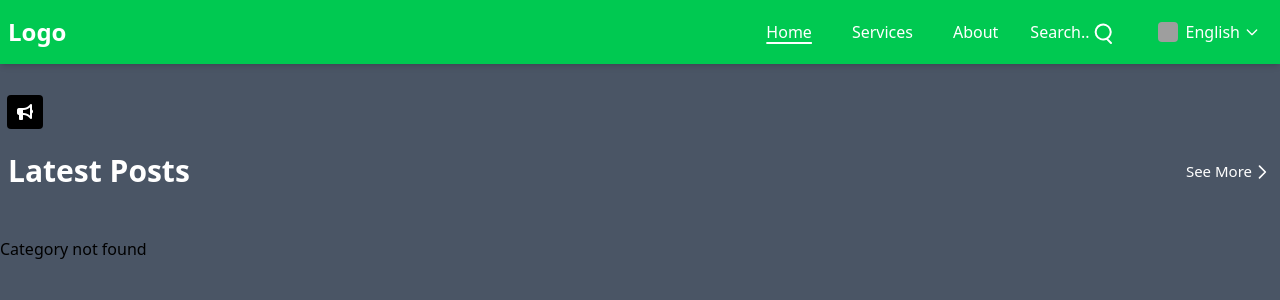
Repository: saroeuntola/we-share
Page: http://localhost/?lang=en
An editor plug-in stored every save of this project. The page is shown before and after the next save, followed by the edit.
The browser window is 1280 px wide. The pictures show the whole page.
Pictures or frames that could not be fetched are drawn as grey boxes. The page is run by PHP 8.4 with error messages shown; the project is at /var/www/html/. Style sheets and scripts are compiled from the project's sources, by tool versions that may differ from the author's. Queries for data that is not in the repository find no rows.

Above is the page before, as saved 2025-08-28 12:49:09.

### index.php
<!DOCTYPE html>
<html lang="en">

<head>
    <meta charset="UTF-8">
    <meta name="viewport" content="width=device-width, initial-scale=1.0">
    <title>Latest Posts</title>
    <link rel="stylesheet" href="./assets/css/output.css">
    <link rel="stylesheet" href="./assets/css/custom.css">
    <link rel="stylesheet" href="https://cdnjs.cloudflare.com/ajax/libs/font-awesome/6.0.0-beta3/css/all.min.css" />
    <script src="https://code.jquery.com/jquery-3.6.0.min.js"></script>
</head>

<body class="bg-gray-600">
    <header class="fixed z-10 w-full" id="header">
        <?php
        include 'head-bar.php'
        ?>
    </header>

    <main class="max-w-7xl m-auto mt-[95px]">
        <section class="mb-6">
            <?php
            include 'key-frame.php'
            ?>
        </section>

        <section>
            <?php
            include 'last-post-card.php'
            ?>

        </section>

        <section class="mt-6">
            <?php
            include 'programing-card.php'
            ?>
        </section>

        <section class="mt-6">
            <?php
            include 'web-dev-card.php'
            ?>
        </section>
    </main>


</body>

</html>

### key-frame.php
<style>
    /* Container */
    .container {
        width: 100%;
        overflow: hidden;
        margin: 0 auto;
        align-items: center;
        color: white;
    }

    /* Fixed icon on the left */
    .announcement-icon {
        background-color: brown;
        color: white;
        padding: 5px 10px;
        border-radius: 4px;
    }

    /* Announcement text */
    .announcement {
        font-family: Arial, sans-serif;
        font-size: 15px;
        display: inline-block;
        white-space: nowrap;
        animation: slideLeftToRight 20s linear infinite;
    }

    #main {
        display: flex;
        overflow: hidden;
        margin: 0 auto;
        align-items: center;
        max-width: 1212px;
        width: 100%;
        color: white;
    }

    /* Desktop animation */
    @keyframes slideLeftToRight {
        0% {
            transform: translateX(1210px);
        }

        100% {
            transform: translateX(-100%);
        }
    }

    /* Tablet */
    @media (max-width: 1024px) {
        #main {
            width: 95%;
        }

        .announcement {
            animation: slideLeftToRightTablet 18s linear infinite;
        }

        @keyframes slideLeftToRightTablet {
            0% {
                transform: translateX(768px);
            }

            100% {
                transform: translateX(-100%);
            }
        }
    }

    /* Mobile */
    @media (max-width: 480px) {
        #main {
            width: 92%;
        }

        .announcement {
            animation: slideLeftToRightMobile 15s linear infinite;
        }

        @keyframes slideLeftToRightMobile {
            0% {
                transform: translateX(400px);
            }

            100% {
                transform: translateX(-100%);
            }
        }
    }
</style>
<style>
    /* Container */
    .container {
        width: 100%;
        overflow: hidden;
        margin: 0 auto;
        align-items: center;
        color: white;
    }

    /* Fixed icon on the left */
    .announcement-icon {
        background-color: black;
        color: white;
        padding: 5px 10px;
        border-radius: 4px;
    }

    /* Announcement text */
    .announcement {
        font-family: Arial, sans-serif;
        font-size: 15px;
        display: inline-block;
        white-space: nowrap;
        animation: slideLeftToRight 20s linear infinite;

    }

    #main {
        display: flex;
        overflow: hidden;
        margin: 0 auto;
        align-items: center;
        max-width: 1280px;
        width: 100%;
      padding: 0px 7px;

    }

    /* Desktop animation */
    @keyframes slideLeftToRight {
        0% {
            transform: translateX(1280px);
        }

        100% {
            transform: translateX(-100%);
        }
    }

    /* Tablet */
    @media (max-width: 1024px) {

        .announcement {
            animation: slideLeftToRightTablet 18s linear infinite;
        }

        @keyframes slideLeftToRightTablet {
            0% {
                transform: translateX(768px);
            }

            100% {
                transform: translateX(-100%);
            }
        }
    }

    /* Mobile */
    @media (max-width: 480px) {

        .announcement {
            animation: slideLeftToRightMobile 15s linear infinite;
        }

        @keyframes slideLeftToRightMobile {
            0% {
                transform: translateX(400px);
            }

            100% {
                transform: translateX(-100%);
            }
        }
    }
</style>



<div id="main">
    <div class="announcement-icon"><i class="fas fa-bullhorn"></i></div>
    <div class="container">
        <!-- Sliding text -->
     <p class="announcement">Welcome</p>
    </div>
</div>

### last-post-card.php
<?php
include './admin/lib/db.php';
include './admin/lib/post_lib.php';
include './admin/lib/category_lib.php';
include './admin/lib/subcategory_lib.php';
$lang = isset($_GET['lang']) && in_array($_GET['lang'], ['en', 'kh']) ? $_GET['lang'] : 'en';

$postModel = new Post($lang);
$categoryModel = new Category($lang);
$subcategoryModel = new Subcategory($lang);

// Get latest 10 posts
$latestPosts = $postModel->getPosts();
usort($latestPosts, function ($a, $b) {
    return strtotime($b['created_at']) - strtotime($a['created_at']);
});
$displayPosts = array_slice($latestPosts, 0, 8);


?>

<style>
    .scroll-x {
        overflow-x: auto;
        white-space: nowrap;
        padding-bottom: 1rem;
    }

    p,
    h2 {
        color: white;
    }
</style>
<section class="px-2">

    <div class="flex justify-between items-center mb-6">
        <h1 class="text-xl lg:text-3xl md:text-2xl font-bold text-white <?= $lang === 'kh' ? 'khmer-font-kulen' : '' ?>"><?= $lang === 'en' ? 'Latest Posts' : 'ការបង្ហោះថ្មីៗ' ?></h1>
        <a href="last-post"
            class="inline-flex items-center justify-center text-center text-white hover:text-green-400 text-[15px] transition <?= $lang === 'kh' ? 'khmer-font' : '' ?> ">
            <?= $lang === 'en' ? 'See More' : 'មើលទាំងអស់' ?>
            <svg class="w-5 h-5 mt-[1px]" fill="none" stroke="currentColor" stroke-width="2"
                viewBox="0 0 24 24" xmlns="http://www.w3.org/2000/svg">
                <path stroke-linecap="round" stroke-linejoin="round" d="M9 5l7 7-7 7" />
            </svg>
        </a>
    </div>

    <!-- Desktop grid -->
    <div class="hidden md:grid md:grid-cols-3 lg:grid-cols-4 gap-2">
        <?php foreach ($displayPosts as $p): ?>
            <a href="detail.php?slug=<?= htmlspecialchars($p['slug']) ?>&lang=<?= $lang ?>">
                <div class="card bg-gray-800 rounded-lg shadow-md hover:shadow-lg overflow-hidden">
                    <?php if (!empty($p['image'])): ?>
                        <img src="./admin/posts/uploads/<?= htmlspecialchars($p['image']) ?>"
                            alt="<?= htmlspecialchars($p['name']) ?>"
                            class="w-full h-[90px] md:h-[130px] lg:h-[160px] object-cover rounded-none">
                    <?php endif; ?>
                    <div class="card-body px-4 py-2">
                        <h2 class="font-semibold text-lg mb-1"><?= htmlspecialchars($p['name']) ?></h2>

                    </div>
                </div>
            </a>

        <?php endforeach; ?>
    </div>

    <!-- Mobile horizontal scroll -->
    <div class="overflow-x-auto md:hidden py-2">
        <div class="flex space-x-2">
            <?php foreach ($displayPosts as $p): ?>
                <a href="detail.php?slug=<?= htmlspecialchars($p['slug']) ?>" class="flex-shrink-0">
                    <div
                        class="card bg-gray-800 rounded-lg shadow-md hover:shadow-lg overflow-hidden w-[167px] sm:w-[200px]">
                        <?php if (!empty($p['image'])): ?>
                            <img src="./admin/posts/uploads/<?= htmlspecialchars($p['image']) ?>"
                                alt="<?= htmlspecialchars($p['name']) ?>"
                                class="w-full h-[90px] sm:h-[120px] object-cover">
                        <?php endif; ?>
                        <div class="card-body px-2 py-1">
                            <h2 class="font-semibold text-sm break-words"><?= htmlspecialchars($p['name']) ?></h2>
                        </div>
                    </div>
                </a>
            <?php endforeach; ?>
        </div>
    </div>
</section>

### admin/lib/db.php

<?php

function dbConn()
{
   $servername = "localhost";
    $username = "root";
    $password = "";
    $db = "weshare";

    try {
        $conn = new PDO("mysql:host=$servername;dbname=$db", $username, $password);
        $conn->setAttribute(PDO::ATTR_ERRMODE, PDO::ERRMODE_EXCEPTION);
        return $conn;
    } catch (PDOException $e) {
        die("Connection failed: " . $e->getMessage());
    }
}

function dbClose(&$conn)
{
    $conn = null;
}

function dbSelect($table, $column = "*", $criteria = "", $clause = "")
{
    if (empty($table)) return false;

    $sql = "SELECT $column FROM $table";
    if (!empty($criteria)) $sql .= " WHERE $criteria";
    if (!empty($clause)) $sql .= " $clause";

    $conn = dbConn();
    try {
        $stmt = $conn->query($sql);
        $result = $stmt->fetchAll(PDO::FETCH_ASSOC);
        dbClose($conn);
        return $result;
    } catch (PDOException $e) {
        echo "Error in selecting data: " . $e->getMessage();
        return false;
    }
}

function dbInsert($table, $data = array())
{
    if (empty($table) || empty($data)) return false;

    $conn = dbConn();
    $fields = implode(", ", array_keys($data));
    $placeholders = ":" . implode(", :", array_keys($data));
    $sql = "INSERT INTO $table ($fields) VALUES ($placeholders)";

    try {
        $stmt = $conn->prepare($sql);
        $stmt->execute($data);
        dbClose($conn);
        return true;
    } catch (PDOException $e) {
        echo "Error inserting data: " . $e->getMessage();
        return false;
    }
}

function dbUpdate($table, $data = array(), $criteria = "")
{
    if (empty($table) || empty($data) || empty($criteria)) return false;

    $conn = dbConn();
    $setClause = "";
    foreach ($data as $key => $val) {
        $setClause .= "$key = :$key, ";
    }
    $setClause = rtrim($setClause, ", ");
    $sql = "UPDATE $table SET $setClause WHERE $criteria";

    try {
        $stmt = $conn->prepare($sql);
        $stmt->execute($data);
        dbClose($conn);
        return true;
    } catch (PDOException $e) {
        echo "Error updating data: " . $e->getMessage();
        return false;
    }
}

function dbDelete($table, $criteria)
{
    if (empty($table) || empty($criteria)) return false;

    $sql = "DELETE FROM $table WHERE $criteria";
    $conn = dbConn();

    try {
        $stmt = $conn->prepare($sql);
        $stmt->execute();
        dbClose($conn);
        return true;
    } catch (PDOException $e) {
        echo "Error deleting data: " . $e->getMessage();
        return false;
    }
}

function dbCount($table = "", $criteria = "")
{
    if (empty($table)) return false;

    $sql = "SELECT COUNT(*) as count FROM $table";
    if (!empty($criteria)) $sql .= " WHERE $criteria";

    $conn = dbConn();
    try {
        $stmt = $conn->query($sql);
        $result = $stmt->fetch(PDO::FETCH_ASSOC);
        dbClose($conn);
        return $result['count'];
    } catch (PDOException $e) {
        echo "Error counting data: " . $e->getMessage();
        return false;
    }
}

?>

### admin/lib/category_lib.php
<?php
class Category
{
    private $db;
    private $lang;

    public function __construct($lang = 'en')
    {
        $this->db = dbConn();
        $this->lang = in_array($lang, ['en', 'kh']) ? $lang : 'en';
    }

    private function generateSlug($string)
    {
        $slug = strtolower(trim($string));
        $slug = preg_replace('/[^a-z0-9\- ]/', '', $slug);
        $slug = preg_replace('/\s+/', '-', $slug);
        $slug = preg_replace('/-+/', '-', $slug);

        $baseSlug = $slug;
        $i = 1;
        while ($this->slugExists($slug)) {
            $slug = $baseSlug . '-' . $i;
            $i++;
        }
        return $slug;
    }

    private function slugExists($slug)
    {
        $stmt = $this->db->prepare("SELECT COUNT(*) FROM categories WHERE slug = :slug");
        $stmt->execute(['slug' => $slug]);
        return $stmt->fetchColumn() > 0;
    }

    public function createCategory($name_en, $name_kh = null)
    {
        $slug = $this->generateSlug($name_en);
        $stmt = $this->db->prepare("INSERT INTO categories (name, name_kh, slug) VALUES (:name, :name_kh, :slug)");
        return $stmt->execute([
            'name' => $name_en,
            'name_kh' => $name_kh,
            'slug' => $slug
        ]);
    }

    // GET all categories
    public function getCategories()
    {
        $sql = "SELECT *,
                CASE WHEN :lang = 'kh' THEN name_kh ELSE name END AS name
                FROM categories
                ORDER BY name ASC";
        $stmt = $this->db->prepare($sql);
        $stmt->bindValue(':lang', $this->lang, PDO::PARAM_STR);
        $stmt->execute();
        return $stmt->fetchAll(PDO::FETCH_ASSOC);
    }

    // GET category by ID or slug
    public function getCategory($identifier)
    {
        if (is_numeric($identifier)) {
            $sql = "SELECT *,
                    CASE WHEN :lang = 'kh' THEN name_kh ELSE name END AS name
                    FROM categories
                    WHERE id = :id
                    LIMIT 1";
            $stmt = $this->db->prepare($sql);
            $stmt->bindValue(':id', $identifier, PDO::PARAM_INT);
        } else {
            $sql = "SELECT *,
                    CASE WHEN :lang = 'kh' THEN name_kh ELSE name END AS name
                    FROM categories
                    WHERE slug = :slug
                    LIMIT 1";
            $stmt = $this->db->prepare($sql);
            $stmt->bindValue(':slug', $identifier, PDO::PARAM_STR);
        }
        $stmt->bindValue(':lang', $this->lang, PDO::PARAM_STR);
        $stmt->execute();
        return $stmt->fetch(PDO::FETCH_ASSOC);
    }

    public function updateCategory($id, $newName_en, $newName_kh = null, $newImage = null)
    {
        $slug = $this->generateSlug($newName_en);
        $stmt = $this->db->prepare("
            UPDATE categories SET
                name = :name_en,
                name_kh = :name_kh,
                slug = :slug,
                cat_image = :cat_image
            WHERE id = :id
        ");
        return $stmt->execute([
            'name_en' => $newName_en,
            'name_kh' => $newName_kh,
            'slug' => $slug,
            'cat_image' => $newImage,
            'id' => $id
        ]);
    }

    public function deleteCategory($id)
    {
        $stmt = $this->db->prepare("DELETE FROM categories WHERE id = :id");
        return $stmt->execute(['id' => $id]);
    }

    public function deleteCatBySlug($slug)
    {
        $stmt = $this->db->prepare("DELETE FROM categories WHERE slug = :slug");
        return $stmt->execute(['slug' => $slug]);
    }
}

### admin/lib/subcategory_lib.php
<?php
class Subcategory
{
    private $db;
    private $lang;

    public function __construct($lang = 'en')
    {
        $this->db = dbConn();
        $this->lang = in_array($lang, ['en', 'kh']) ? $lang : 'en';
    }

    // GET all subcategories
    public function getAllSubcategory($lang = 'en')
    {
        $lang = in_array($lang, ['en', 'kh']) ? $lang : 'en';

        $sql = "SELECT s.*,
                   CASE WHEN :lang = 'kh' THEN s.name_kh ELSE s.name END AS name,
                   c.name AS category_name
            FROM subcategories s
            INNER JOIN categories c ON s.category_id = c.id";

        $stmt = $this->db->prepare($sql);
        $stmt->bindValue(':lang', $lang, PDO::PARAM_STR);
        $stmt->execute();

        return $stmt->fetchAll(PDO::FETCH_ASSOC);
    }


    private function generateSlug($string)
    {
        $slug = strtolower(trim($string));
        $slug = preg_replace('/[^a-z0-9\- ]/', '', $slug);
        $slug = preg_replace('/\s+/', '-', $slug);
        $slug = preg_replace('/-+/', '-', $slug);

        $baseSlug = $slug;
        $i = 1;
        while ($this->slugExists($slug)) {
            $slug = $baseSlug . '-' . $i;
            $i++;
        }
        return $slug;
    }

    private function slugExists($slug)
    {
        $stmt = $this->db->prepare("SELECT COUNT(*) FROM subcategories WHERE slug = :slug");
        $stmt->execute(['slug' => $slug]);
        return $stmt->fetchColumn() > 0;
    }

    // CREATE subcategory
    public function createSubcategory($category_id, $name_en, $name_kh = null, $added_by = null)
    {
        $slug = $this->generateSlug($name_en);
        $stmt = $this->db->prepare("
            INSERT INTO subcategories (category_id, name, name_kh, slug, added_by)
            VALUES (:category_id, :name_en, :name_kh, :slug, :added_by)
        ");
        return $stmt->execute([
            'category_id' => $category_id,
            'name_en' => $name_en,
            'name_kh' => $name_kh,
            'slug' => $slug,
            'added_by' => $added_by
        ]);
    }

    // GET subcategories by category ID
    public function getSubcategoriesByCategory($category_id)
    {
        $sql = "SELECT *,
                CASE WHEN :lang = 'kh' THEN name_kh ELSE name END AS name
                FROM subcategories
                WHERE category_id = :category_id
                ORDER BY name ASC";
        $stmt = $this->db->prepare($sql);
        $stmt->bindValue(':category_id', $category_id, PDO::PARAM_INT);
        $stmt->bindValue(':lang', $this->lang, PDO::PARAM_STR);
        $stmt->execute();
        return $stmt->fetchAll(PDO::FETCH_ASSOC);
    }

    // GET subcategories by category slug
    public function getSubcategoriesByCategorySlug($category_slug)
    {
        $sql = "SELECT s.*,
                CASE WHEN :lang = 'kh' THEN s.name_kh ELSE s.name END AS name
                FROM subcategories s
                INNER JOIN categories c ON s.category_id = c.id
                WHERE c.slug = :slug
                ORDER BY s.name ASC";
        $stmt = $this->db->prepare($sql);
        $stmt->bindValue(':slug', $category_slug, PDO::PARAM_STR);
        $stmt->bindValue(':lang', $this->lang, PDO::PARAM_STR);
        $stmt->execute();
        return $stmt->fetchAll(PDO::FETCH_ASSOC);
    }

    // GET single subcategory by ID or slug
    public function getSubcategory($identifier)
    {
        if (is_numeric($identifier)) {
            $sql = "SELECT *,
                    CASE WHEN :lang = 'kh' THEN name_kh ELSE name END AS name
                    FROM subcategories
                    WHERE id = :id
                    LIMIT 1";
            $stmt = $this->db->prepare($sql);
            $stmt->bindValue(':id', $identifier, PDO::PARAM_INT);
        } else {
            $sql = "SELECT *,
                    CASE WHEN :lang = 'kh' THEN name_kh ELSE name END AS name
                    FROM subcategories
                    WHERE slug = :slug
                    LIMIT 1";
            $stmt = $this->db->prepare($sql);
            $stmt->bindValue(':slug', $identifier, PDO::PARAM_STR);
        }

        $stmt->bindValue(':lang', $this->lang, PDO::PARAM_STR);
        $stmt->execute();
        return $stmt->fetch(PDO::FETCH_ASSOC);
    }

    // UPDATE subcategory
    public function updateSubcategory($identifier, $newName_en = null, $newName_kh = null, $newCategoryId = null, $newAdded_by = null)
    {
        $sub = $this->getSubcategory($identifier);
        if (!$sub) return false;

        $slug = $newName_en ? $this->generateSlug($newName_en) : $sub['slug'];

        $sql = "UPDATE subcategories SET name = :name_en, name_kh = :name_kh, slug = :slug";
        $params = [
            'name_en' => $newName_en ?? $sub['name'],
            'name_kh' => $newName_kh ?? $sub['name_kh'],
            'slug' => $slug,
            'id' => $sub['id']
        ];

        if ($newCategoryId !== null) {
            $sql .= ", category_id = :category_id";
            $params['category_id'] = $newCategoryId;
        }

        if ($newAdded_by !== null) {
            $sql .= ", added_by = :added_by";
            $params['added_by'] = $newAdded_by;
        }

        $sql .= " WHERE id = :id";
        $stmt = $this->db->prepare($sql);
        return $stmt->execute($params);
    }

    // DELETE subcategory
    public function deleteSubcategory($identifier)
    {
        $sub = $this->getSubcategory($identifier);
        if (!$sub) return false;

        $stmt = $this->db->prepare("DELETE FROM subcategories WHERE id = :id");
        return $stmt->execute(['id' => $sub['id']]);
    }
}

### programing-card.php
<?php

$categoryModel = new Category();
$subcategoryModel = new Subcategory();
$postModel = new Post();

$categorySlug = "programming";

$programingCat = $categoryModel->getCategory($categorySlug);
if (!$programingCat) die("Category not found");

$subcategories = $subcategoryModel->getSubcategoriesByCategorySlug($categorySlug);

$filterSubSlug = $_GET['sub'] ?? null;

$limit = 8;
$posts = $filterSubSlug
    ? $postModel->getPostsByCategoryAndSubcategorySlug($categorySlug, $filterSubSlug, $limit)
    : $postModel->getPostsByCategorySlug($categorySlug, $limit);
?>

<section class="px-2">
    <div class="flex justify-between items-center">
        <h1 class="text-xl lg:text-3xl md:text-2xl font-bold text-white <?= $lang === 'kh' ? 'khmer-font-kulen' : '' ?>"><?= $lang === 'en' ? 'Latest Posts' : 'ការបង្ហោះថ្មីៗ' ?></h1>
        <a href="last-post"
            class="inline-flex items-center justify-center text-center text-white hover:text-green-400 text-[15px] transition <?= $lang === 'kh' ? 'khmer-font' : '' ?> ">
            <?= $lang === 'en' ? 'See More' : 'មើលទាំងអស់' ?>
            <svg class="w-5 h-5 mt-[1px]" fill="none" stroke="currentColor" stroke-width="2"
                viewBox="0 0 24 24" xmlns="http://www.w3.org/2000/svg">
                <path stroke-linecap="round" stroke-linejoin="round" d="M9 5l7 7-7 7" />
            </svg>
        </a>
    </div>
    <!-- Desktop grid -->
    <div class="hidden md:grid md:grid-cols-3 lg:grid-cols-4 gap-2">
        <?php foreach ($posts as $p):
            $sub = $p['subcategory_id'] ? $subcategoryModel->getSubcategory($p['subcategory_id']) : null;
        ?>
            <a href="detail.php?slug=<?= htmlspecialchars($p['slug']) ?>">
                <div class="card bg-gray-800 rounded-lg shadow-md hover:shadow-lg overflow-hidden">
                    <?php if (!empty($p['image'])): ?>
                        <img src="./admin/posts/uploads/<?= htmlspecialchars($p['image']) ?>"
                            alt="<?= htmlspecialchars($p['name']) ?>"
                            class="w-full h-[90px] md:h-[130px] lg:h-[160px] object-cover rounded-none">
                    <?php endif; ?>
                    <div class="card-body px-4 py-2">
                        <h2 class="font-semibold text-lg mb-1"><?= htmlspecialchars($p['name']) ?></h2>

                    </div>
                </div>
            </a>

        <?php endforeach; ?>
    </div>

    <!-- Mobile horizontal scroll -->
    <div class="overflow-x-auto md:hidden py-2">
        <div class="flex space-x-2">
            <?php foreach ($posts as $p): ?>
                <a href="detail.php?slug=<?= htmlspecialchars($p['slug']) ?>" class="flex-shrink-0">
                    <div
                        class="card bg-gray-800 rounded-lg shadow-md hover:shadow-lg overflow-hidden w-[167px] sm:w-[200px]">
                        <?php if (!empty($p['image'])): ?>
                            <img src="./admin/posts/uploads/<?= htmlspecialchars($p['image']) ?>"
                                alt="<?= htmlspecialchars($p['name']) ?>"
                                class="w-full h-[90px] sm:h-[120px] object-cover">
                        <?php endif; ?>
                        <div class="card-body px-2 py-1">
                            <h2 class="font-semibold text-sm break-words"><?= htmlspecialchars($p['name']) ?></h2>
                        </div>
                    </div>
                </a>
            <?php endforeach; ?>
        </div>
    </div>
</section>

### assets/css/custom.css
#header {
  top: 0;
}

.khmer-font-nav{
    font-family: "Moul", serif;
    font-weight: 400;
    font-style: normal;
    font-size: 14px;
}

    .khmer-font {
        font-family: "Battambang", system-ui;
        font-weight: 100;
        font-style: normal;
        font-size: 13px;
    }
    .khmer-font-kulen{
       font-family: "Koulen", sans-serif;
  font-weight: 400;
  font-style: normal;
  font-size: 17px;
    }

Loaded but not shown: assets/css/input.css (common file); head-bar.php (327 lines, source omitted); admin/lib/post_lib.php (256 lines, source omitted)

After the next save:
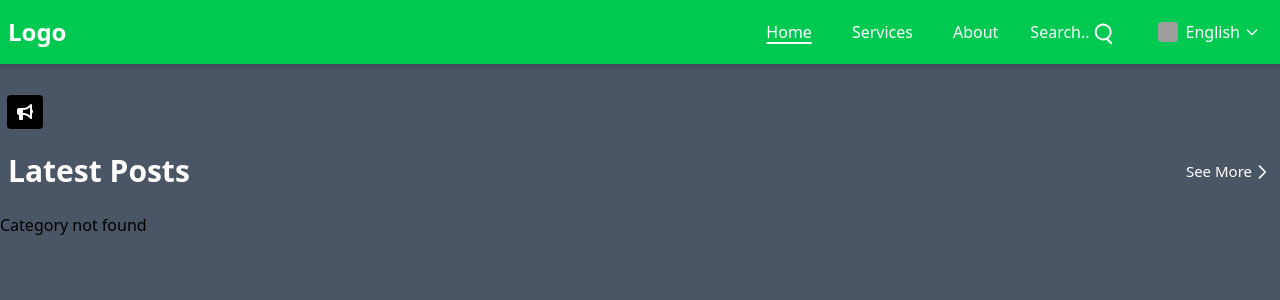
Saved 25 s later.
--- a/last-post-card.php
+++ b/last-post-card.php
@@ -33,7 +33,7 @@ $displayPosts = array_slice($latestPosts, 0, 8);
 </style>
 <section class="px-2">
 
-    <div class="flex justify-between items-center mb-6">
+    <div class="flex justify-between items-center">
         <h1 class="text-xl lg:text-3xl md:text-2xl font-bold text-white <?= $lang === 'kh' ? 'khmer-font-kulen' : '' ?>"><?= $lang === 'en' ? 'Latest Posts' : 'ការបង្ហោះថ្មីៗ' ?></h1>
         <a href="last-post"
             class="inline-flex items-center justify-center text-center text-white hover:text-green-400 text-[15px] transition <?= $lang === 'kh' ? 'khmer-font' : '' ?> ">
